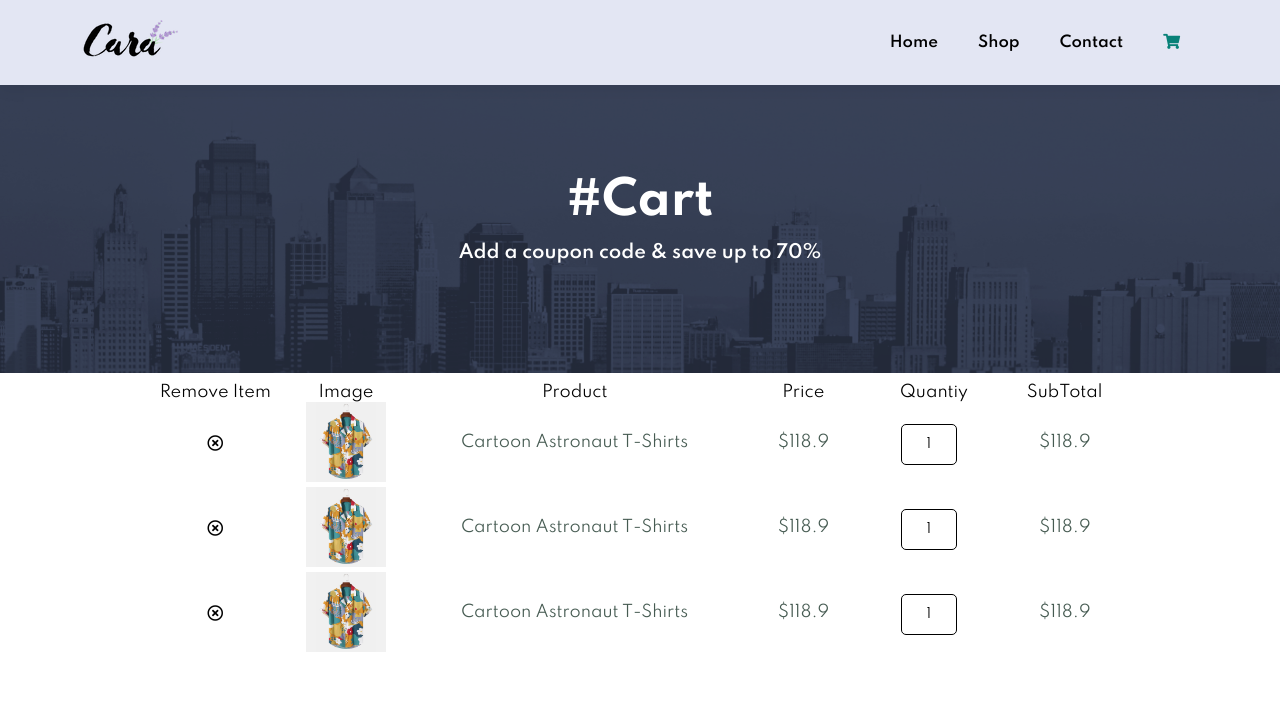
Repository: Daryllgio/E-Commerce-Website-UI
Page: cart.html
An editor plug-in stored every save of this project. The page is shown before and after the next save, followed by the edit.
The browser window is 1280 px wide. The pictures show the whole page.
Some web libraries are served in a nearby version.

Above is the page before, as saved 2025-01-02 02:34:52.

### cart.html
<!DOCTYPE html>
<html lang="en">

<head>
    <meta charset="UTF-8">
    <meta http-equiv="X-UA-Compatible" content="IE=edge">
    <meta name="viewport" content="width=device-width, initial-scale=1.0">
    <title>Document</title>

    <link rel="stylesheet" href="https://pro.fontawesome.com/releases/v5.10.0/css/all.css" />

    <link rel="stylesheet" href="style.css">
</head>

<body>
    <section id="header">
        <a href="#"><img src="img/logo.png" id="logo" class="logo" alt=""></a>

        <div>
            <ul id="navbar">
                <li>
                    <a href="index.html">Home</a>
                </li>
                <li>
                    <a href="shop.html">Shop</a>
                </li>
                <li>
                    <a href="contact.html">Contact</a>
                </li>
                <li>
                    <a class="active" href="cart.html"><i class="fa fa-shopping-cart" aria-hidden="true"></i></a>
                </li>

            </ul>
        </div>
    </section>

    <section id="CartPageheader" class="section-p1">
        <h2>#Cart</h2>
        <p>Add a coupon code & save up to 70%</p>
    </section>

    <section id="Cart-Summary-Container">
        <table width="100%">
            <thead>
                <tr>
                    <td>
                        Remove Item
                    </td>
                    <td>
                        Image
                    </td>
                    <td>
                        Product
                    </td>
                    <td>
                        Price
                    </td>
                    <td>
                        Quantiy
                    </td>
                    <td>
                        SubTotal
                    </td>
                </tr>
            </thead>
            <tbody>
                <tr>
                    <td>
                        <i class="far fa-times-circle"></i>
                    </td>
                    <td>
                        <img src="img/products/f1.jpg" class="option" alt="">
                    </td>
                    <td>
                        <p>
                            Cartoon Astronaut T-Shirts
                        </p>
                    </td>
                    <td>
                        <p>
                            $118.9
                        </p>
                    </td>
                    <td>
                        <div class="Product-Num-Container">
                            <div class="dropdown">
                                <button class="Size-btn" onclick="toggleDropdown('myDropdown2')">1</button>
                                <div class="dropdown-content" id="myDropdown2">
                                    <a href="#" onclick="updateButtonText('myDropdown2', this)">1</a>
                                    <a href="#" onclick="updateButtonText('myDropdown2', this)">2</a>
                                    <a href="#" onclick="updateButtonText('myDropdown2', this)">3</a>
                                    <a href="#" onclick="updateButtonText('myDropdown2', this)">4</a>
                                    <a href="#" onclick="updateButtonText('myDropdown2', this)">5</a>
                                    <a href="#" onclick="updateButtonText('myDropdown2', this)">6</a>
                                    <a href="#" onclick="updateButtonText('myDropdown2', this)">7</a>
                                    <a href="#" onclick="updateButtonText('myDropdown2', this)">8</a>
                                    <a href="#" onclick="updateButtonText('myDropdown2', this)">9</a>
                                    <a href="#" onclick="updateButtonText('myDropdown2', this)"></a>
                                </div>
                            </div>
                        </div>
                    </td>
                    <td>
                        <p>
                            $118.9
                        </p>
                    </td>
                </tr>
                <tr>
                    <td>
                        <i class="far fa-times-circle"></i>
                    </td>
                    <td>
                        <img src="img/products/f1.jpg" class="option" alt="">
                    </td>
                    <td>
                        <p>
                            Cartoon Astronaut T-Shirts
                        </p>
                    </td>
                    <td>
                        <p>
                            $118.9
                        </p>
                    </td>
                    <td>
                        <div class="Product-Num-Container">
                            <div class="dropdown">
                                <button class="Size-btn" onclick="toggleDropdown('myDropdown2')">1</button>
                                <div class="dropdown-content" id="myDropdown2">
                                    <a href="#" onclick="updateButtonText('myDropdown2', this)">1</a>
                                    <a href="#" onclick="updateButtonText('myDropdown2', this)">2</a>
                                    <a href="#" onclick="updateButtonText('myDropdown2', this)">3</a>
                                    <a href="#" onclick="updateButtonText('myDropdown2', this)">4</a>
                                    <a href="#" onclick="updateButtonText('myDropdown2', this)">5</a>
                                    <a href="#" onclick="updateButtonText('myDropdown2', this)">6</a>
                                    <a href="#" onclick="updateButtonText('myDropdown2', this)">7</a>
                                    <a href="#" onclick="updateButtonText('myDropdown2', this)">8</a>
                                    <a href="#" onclick="updateButtonText('myDropdown2', this)">9</a>
                                    <a href="#" onclick="updateButtonText('myDropdown2', this)"></a>
                                </div>
                            </div>
                        </div>
                    </td>
                    <td>
                        <p>
                            $118.9
                        </p>
                    </td>
                </tr>
                <tr>
                    <td>
                        <i class="far fa-times-circle"></i>
                    </td>
                    <td>
                        <img src="img/products/f1.jpg" class="option" alt="">
                    </td>
                    <td>
                        <p>
                            Cartoon Astronaut T-Shirts
                        </p>
                    </td>
                    <td>
                        <p>
                            $118.9
                        </p>
                    </td>
                    <td>
                        <div class="Product-Num-Container">
                            <div class="dropdown">
                                <button class="Size-btn" onclick="toggleDropdown('myDropdown2')">1</button>
                                <div class="dropdown-content" id="myDropdown2">
                                    <a href="#" onclick="updateButtonText('myDropdown2', this)">1</a>
                                    <a href="#" onclick="updateButtonText('myDropdown2', this)">2</a>
                                    <a href="#" onclick="updateButtonText('myDropdown2', this)">3</a>
                                    <a href="#" onclick="updateButtonText('myDropdown2', this)">4</a>
                                    <a href="#" onclick="updateButtonText('myDropdown2', this)">5</a>
                                    <a href="#" onclick="updateButtonText('myDropdown2', this)">6</a>
                                    <a href="#" onclick="updateButtonText('myDropdown2', this)">7</a>
                                    <a href="#" onclick="updateButtonText('myDropdown2', this)">8</a>
                                    <a href="#" onclick="updateButtonText('myDropdown2', this)">9</a>
                                    <a href="#" onclick="updateButtonText('myDropdown2', this)"></a>
                                </div>
                            </div>
                        </div>
                    </td>
                    <td>
                        <p>
                            $118.9
                        </p>
                    </td>
                </tr>
            </tbody>

        </table>
    </section>


    <script src="script.js"></script>

</body>

</html>

### style.css
@import url("https://fonts.googleapis.com/css2?family=Spartan:wght@100;200;300;400;500;600;700;800;900&display=swap");

* {
  margin: 0;
  padding: 0;
  box-sizing: border-box;
  font-family: "Spartan", sans-serif;
}

html {
  scroll-behavior: smooth;
}

/* Global Styles */

h1 {
  font-size: 50px;
  line-height: 64px;
  color: #222;
}

h2 {
  font-size: 46px;
  line-height: 54px;
  color: #222;
}

h4 {
  font-size: 20px;
  color: #222;
}

h6 {
  font-weight: 700;
  font-size: 12px;
}

p {
  font-size: 16px;
  color: #465b52;
  margin: 15px 0 20px 0;
}

.section-p1 {
  padding: 40px 80px;
}

.section-m1 {
  margin: 40px 0;
}

button.normal {
  font-size: 14px;
  font-weight: 400;
  padding: 15px 20px;
  border-radius: 5px;
  cursor: pointer;
  border: none;
  outline: none;
  transition: 0.3s;
}

body {
  width: 100%;
}

#header {
  display: flex;
  align-items: center;
  justify-content: space-between;
  padding: 20px 80px;
  background: #E3E6F3;
  box-shadow: 0 5px 15px rgba(0, 0, 0, 0.06);
  position: sticky;
  top: 0;
  left: 0;

}



#navbar {
  display: flex;
  align-items: center;
  justify-content: center;
}

#navbar li {
  list-style: none;
  padding: 0px 20px;
}

#navbar li a {
  text-decoration: none;
  font-size: 15px;
  font-weight: 600;
  color: #000;
  transition: 0.3s ease;
}

#navbar li a:hover,
#navbar li a.active {
  color: #088178;
}

#HomeHeaderContent {
  background-image: url("img/hero4.png");
  height: 90vh;
  width: 100%;
  background-size: cover;
  background-position: top 25% right 0;
  padding: 0 80px;
  align-items: flex-start;
  display: flex;
  flex-direction: column;
  justify-content: center;
}

#HomeHeaderContent h4 {
  margin-bottom: 10px;
}

#HomeHeaderContent h1 {
  color: #088178;
}

#HomeHeaderContent button {
  color: #088178;
  background-image: url("img/button.png");
  font-size: 15px;
  font-weight: 600;
  background-color: transparent;
  border: 0;
  padding: 14px 80px 14px 65px;
  background-repeat: no-repeat;
  cursor: pointer;
}

#Features {
  display: flex;
  justify-content: space-between;
}

#Features .fe-box {
  width: 200px;
  text-align: center;
  padding: 35px 25px;
  border: 1px solid #cce7d0;
  box-shadow: 20px 20px 34px rgba(0, 0, 0, 0.03);
  border-radius: 10px;
}

#Features .fe-box:hover {
  box-shadow: 10px 10px 54px rgba(0, 0, 0, 0.1);
}

#Features .fe-box img {
  margin-bottom: 10px;
}

#Features .fe-box h6 {
  font-size: 13px;
  display: inline-block;
  line-height: 1;
  border-radius: 4px;
  color: #088178;
  background-color: #fddde4;
  padding: 9px 8px 6px 8px;
}

#Features .fe-box:nth-child(2) h6 {
  background-color: #cdebbc;
}

#Features .fe-box:nth-child(3) h6 {
  background-color: #d1e8f2;
}

#Features .fe-box:nth-child(4) h6 {
  background-color: #cdd4f8;
}

#Features .fe-box:nth-child(5) h6 {
  background-color: #f6dbf6;
}

#Features .fe-box:nth-child(6) h6 {
  background-color: #fff2e5;
}

#product1 {
  text-align: center;
}

#product1 .pro {
  width: 23%;
  min-width: 250px;
  padding: 10px 25px;
  border: 1px solid #f0f0f0;
  border-radius: 20px;
  cursor: pointer;
  box-shadow: 20px 20px 30px rgba(0, 0, 0, 0.02);
  transition: 0.3s ease;
}

#product1 .pro:hover {
  box-shadow: 20px 20px 30px rgba(0, 0, 0, 0.06);

}

#product1 .pro img {
  width: 100%;
  border-radius: 20px;
}

#product1 .pro .des {
  text-align: start;
  padding: 10px 0;
}

#product1 .pro .des span {
  color: #606063;
  font-size: 12px;
}

#product1 .pro .des h5 {
  color: #1a1a1a;
  font-size: 14px;
  padding-top: 7px;
}

#product1 .pro .des .fa-star {
  color: rgb(243, 181, 25);
  font-size: 12px;
}

#product1 .pro .des h4 {
  font-size: 16px;
  padding-top: 7px;
  font-weight: 700;
  color: #088178;

}

#product1 .pro .Shop {
  display: flex;
  justify-content: space-between;
}

#product1 .pro .des .fa-shopping-cart {
  width: 40px;
  height: 40px;
  line-height: 40px;
  border-radius: 50px;
  font-size: 17px;
  background-color: #e8f6ea;
  font-weight: 500;
  color: #088178;
  border: 1px solid #cce7d0;
  text-align: center;
}

#product1 .pro-container {
  display: flex;
  justify-content: space-between;
  padding: 20px;
  flex-wrap: wrap;
}


#banner {
  background-image: url("img/banner/b2.jpg");
  height: 40vh;
  width: 100%;
  background-size: cover;
  background-position: top 25% right 0;
  padding: 0 80px;
  text-align: center;
  display: flex;
  flex-direction: column;
  align-items: center;
  justify-content: center;
}

#banner p {
  font-size: 15px;
  margin-bottom: 15px;
  font-weight: 400;
  color: #ffffff;
}

#banner h2 {
  color: #fff;
  margin-bottom: 15px;
}

#banner span {
  color: red;
}

#banner button:hover {
  color: #fff;
  background-color: #088178;
}



#sm-banner {
  display: flex;
  justify-content: space-between;
  flex-wrap: wrap;
  margin-bottom: 10px;
}

#sm-banner .banner-box {
  background-image: url("img/banner/b17.jpg");
  height: 50vh;
  min-width: 620px;
  background-size: cover;
  padding: 0 20px;
  display: flex;
  flex-direction: column;
  align-items: flex-start;
  justify-content: center;

}

#sm-banner .banner-box:nth-child(2) {
  background-image: url("img/banner/b10.jpg");
}

#sm-banner p {
  font-size: 20px;
  color: #fff;
}

#sm-banner h2 {
  color: #fff;
}

#sm-banner span {
  font-size: 17px;
  color: #fff;
  margin-top: 15px;
}

#sm-banner button {
  margin-top: 25px;
  background-color: transparent;
  color: #fff;
  border: 1px solid #fff;
  transition: 0.3s ease;

}

#sm-banner button:hover {
  border: 0;
  background-color: #088178;
}




#sm-banner2 {
  display: flex;
  justify-content: space-between;
}

#sm-banner2 .banner-box {
  background-image: url("img/banner/b7.jpg");
  height: 30vh;
  width: 420px;
  background-size: cover;
  padding: 0 20px;
  display: flex;
  flex-direction: column;
  align-items: flex-start;
  justify-content: center;
  overflow: hidden;

}

#sm-banner2 .banner-box:nth-child(2) {
  background-image: url("img/banner/b4.jpg");
}

#sm-banner2 .banner-box:nth-child(3) {
  background-image: url("img/banner/b18.jpg");
}

#sm-banner2 h3 {
  font-size: 28px;
  color: #fff;
}

#sm-banner2 span {
  font-size: 17px;
  color: #fff;
  font-weight: 600;
  margin-top: 15px;
}

#sm-NewsLetter {
  background-image: url("img/banner/b14.png");
  background-repeat: no-repeat;
  height: 20vh;
  width: 100%;
  background-size: cover;
  background-position: top 25% right 30%;
  background-color: #041e42;
}

#sm-NewsLetter .Newsletters-Container {
  justify-content: space-between;
  padding: 0 10px;
  display: flex;
  flex-direction: row;
  align-items: center;
}

#sm-NewsLetter .Newsletters-Container h3 {
  color: #fff;
  font-size: 24px;
}

#sm-NewsLetter .Newsletters-Container p {
  color: #fff;
}

#sm-NewsLetter .Newsletters-Container span {
  color: rgb(243, 181, 25);
}

#sm-NewsLetter .Newsletters-Input {
  display: flex;
}

#sm-NewsLetter input {
  width: 400px;
  border: 0;
  border-radius: 5px;
  border-top-right-radius: 0;
  border-bottom-right-radius: 0;
  height: 55px;
  padding-left: 30px;
  font-size: 16px;
}

#sm-NewsLetter button {
  width: 150px;
  height: 55px;
  font-size: 16px;
  color: #fff;
  background-color: #088178;
  border: 0;
  border-radius: 5px;
  border-top-left-radius: 0;
  border-bottom-left-radius: 0;
}

#Footer {
  display: flex;
  flex-direction: row;
  justify-content: space-between;
}

#Footer .Footer-box {
  display: flex;
  flex-direction: column;
}

#Footer a {
  margin-bottom: 10px;
  text-decoration: none;
  color: #000;
}



#Footer h3 {
  margin-bottom: 10px;
}

#Footer .Social-Icons {
  display: flex;
  flex-direction: row;
  align-items: center;
}

#Footer i {
  margin-right: 10px;
}

#Footer span {
  font-weight: 600;
}

#Footer p {
  margin-bottom: 10px;
}

#Footer .pay {
  border: 1px solid #088178;
  border-radius: 10px;
}

#copyright p {
  text-align: center;
  font-size: 17px;
  font-weight: 400;
}

#ShopPageheader {
  background-image: url("img/banner/b1.jpg");
  height: 40vh;
  width: 100%;
  background-size: cover;
  background-position: top 25% right 0;
  padding: 0 80px;
  text-align: center;
  display: flex;
  flex-direction: column;
  align-items: center;
  justify-content: center;
}

#ShopPageheader h2 {
  color: #fff;
}

#ShopPageheader p {
  color: #fff;
  font-size: 18px;
  font-weight: 600;
}

#ShopPagePagination {
  display: flex;
  align-items: center;
  justify-content: center;
  margin-bottom: 20px;
}

#ShopPagePagination a {
  padding: 20px 25px;
  align-items: center;
  text-align: center;
  background-color: #088178;
  font-size: 15px;
  font-weight: 600;
  border: 0;
  text-decoration: none;
  border-radius: 10px;
  margin-right: 10px;
  color: #fff;
}

#ShopPagePagination a i {
  font-size: 18px;
}

.dropdown-content {
  display: none;
  position: absolute;
  background-color: #f9f9f9;
  min-width: 160px;
  box-shadow: 0px 8px 16px rgba(0, 0, 0, 0.2);
  z-index: 1;
}

.dropdown-content a {
  color: black;
  padding: 12px 16px;
  text-decoration: none;
  display: block;
}

.dropdown-content a:hover {
  background-color: #f1f1f1;
}

#Product-Detail-Container {
  display: flex;
  padding: 0 80px;
  margin-top: 30px;
}

#Product-Detail-Container .OptionContainer {
  display: flex;
  align-items: center;
  flex-direction: column;
  margin-right: 30px;
}

#Product-Detail-Container .OptionSubContainer {
  display: flex;
  justify-content: flex-start;
}



#MainImg {
  width: 590px;
  height: 60vh;
  margin-bottom: 10px;
}

#Product-Detail-Container .option {
  width: 140px;
  height: 20vh;
  margin-right: 10px;
  cursor: pointer;
}

#Product-Detail-Container .Product-Category {
  margin-bottom: 20px;
}

#Product-Detail-Container .Product-Price {
  margin-bottom: 20px;
}

#Product-Detail-Container .dropdown-btn {
  padding: 12px 25px;
  border: 1px solid;
  border-radius: 5px;
  background-color: transparent;
}

#Product-Detail-Container .Product-Num-Container {
  display: flex;
  align-items: center;
  margin-top: 10px;
  margin-bottom: 50px;
}

#Product-Detail-Container .Size-btn {
  padding: 12px 25px;
  border: 1px solid;
  border-radius: 5px;
  text-align: center;
  margin-right: 10px;
  background-color: #fff;
}

#Product-Detail-Container .AddToCart-btn {
  padding: 16px 25px;
  border: 0;
  border-radius: 7px;
  text-align: center;
  background-color: #088178;
  color: #fff;
  font-size: 15px;
  font-weight: 600;
}


#Product-Detail-Container .Product-Detail-Header {
  color: #000;
  font-size: 22px;
  font-weight: 600;
}

#Product-Detail-Container .Product-Details {
  color: #000;
  line-height: 25px;
}

#ContactPageheader {
  background-image: url("img/about/banner.png");
  height: 40vh;
  width: 100%;
  background-size: cover;
  background-position: top 25% right 0;
  padding: 0 80px;
  text-align: center;
  display: flex;
  flex-direction: column;
  align-items: center;
  justify-content: center;
}

#ContactPageheader h2 {
  color: #fff;
}

#ContactPageheader p {
  color: #fff;
  font-size: 18px;
  font-weight: 600;
}

#ContactDetailContainer {
  display: flex;
  align-items: center;
  gap: 20px;
  padding: 30px 50px;
}

#ContactDetailContainer .ContactDetail {
  display: flex;
  align-items: center;
  gap: 10px;
}

#ContactDetailContainer h2 {
  margin-bottom: 20px;
}

#ContactDetailContainer p {
  color: #000;
  font-size: 17px;
}

#Contact-Input {
  display: flex;
  flex-direction: column;
  gap: 10px;
  padding: 20px 100px;
  align-items: center;
}

#Contact-Input h2 {
  text-align: center;
}

#Contact-Input .Input-Box {
  width: 600px;
  height: 40px;
  padding: 0 20px;
  border-radius: 5px;
  border: 1px solid #e1e1e1;
}

#Contact-Input .Input-Message-Box {
  width: 600px;
  height: 200px;
  border: 1px solid #e1e1e1;
  border-radius: 5px;
  padding-left: 15px;
  padding-top: 15px;
}

#Contact-Input button {
  padding: 16px 25px;
  border: 0;
  border-radius: 7px;
  text-align: center;
  background-color: #088178;
  color: #fff;
  font-size: 15px;
  font-weight: 600;
}

#CartPageheader {
  background-image: url("img/about/banner.png");
  height: 40vh;
  width: 100%;
  background-size: cover;
  background-position: top 25% right 0;
  padding: 0 80px;
  text-align: center;
  display: flex;
  flex-direction: column;
  align-items: center;
  justify-content: center;
}

#CartPageheader h2 {
  color: #fff;
}

#CartPageheader p {
  color: #fff;
  font-size: 18px;
  font-weight: 600;
}

#Cart-Summary-Container {
  display: flex;
  padding: 10px 150px;
}

#Cart-Summary-Container table {
  width: 100%;
  border-collapse: collapse;
  table-layout: fixed;
  white-space: nowrap;
}

#Cart-Summary-Container table td:nth-child(1) {
  width: 100px;
  text-align: center;
}

#Cart-Summary-Container table td:nth-child(2) {
  width: 100px;
  text-align: center;
}

#Cart-Summary-Container table td:nth-child(3) {
  width: 250px;
  text-align: center;
}

#Cart-Summary-Container table td:nth-child(4) {
  width: 100px;
  text-align: center;
}

#Cart-Summary-Container table td:nth-child(5) {
  width: 100px;
  text-align: center;
}

#Cart-Summary-Container table td:nth-child(6) {
  width: 100px;
  text-align: center;
}

#Cart-Summary-Container .Cart-Content-Header {
  display: flex;
  flex-direction: row;
  justify-content: space-between;
}

#Cart-Summary-Container .option {
  width: 80px;
  height: 80px;
}

#Cart-Summary-Container .Cart-Content {
  display: flex;
  flex-direction: column;
  justify-content: space-between;
}

#Cart-Summary-Container .Card-Content-Container {
  display: flex;
  flex-direction: row;
  justify-content: space-between;
}

#Cart-Summary-Container .dropdown-content {
  display: none;
  position: absolute;
  background-color: #f9f9f9;
  min-width: 160px;
  box-shadow: 0px 8px 16px rgba(0, 0, 0, 0.2);
  z-index: 1;
}

#Cart-Summary-Container .dropdown-content a {
  color: black;
  padding: 12px 16px;
  text-decoration: none;
  display: block;
}

#Cart-Summary-Container .dropdown-content a:hover {
  background-color: #f1f1f1;
}

#Cart-Summary-Container .Size-btn {
  padding: 12px 25px;
  border: 1px solid;
  border-radius: 5px;
  text-align: center;
  margin-right: 10px;
  background-color: #fff;
}

### script.js
// Script for navigation bar
function toggleDropdown(dropdownId) {
    const dropdown = document.getElementById(dropdownId);
    const isOpen = dropdown.style.display === "block";
    closeAllDropdowns(); // Close any other open dropdowns
    dropdown.style.display = isOpen ? "none" : "block";
}

function closeAllDropdowns() {
    const dropdowns = document.querySelectorAll(".dropdown-content");
    dropdowns.forEach(dropdown => {
        dropdown.style.display = "none";
    });
}

function updateButtonText(dropdownId, selectedItem) {
    const dropdown = document.getElementById(dropdownId);
    const button = dropdown.previousElementSibling; // Select the button associated with the dropdown
    button.textContent = selectedItem.textContent; // Update button text with the selected item's text
    dropdown.style.display = "none"; // Close the dropdown after selection
}

// Close dropdowns when clicking outside
document.addEventListener("click", function (event) {
    if (!event.target.matches(".dropdown-btn") && !event.target.matches(".Size-btn")) {
        closeAllDropdowns();
    }
});

After the next save:
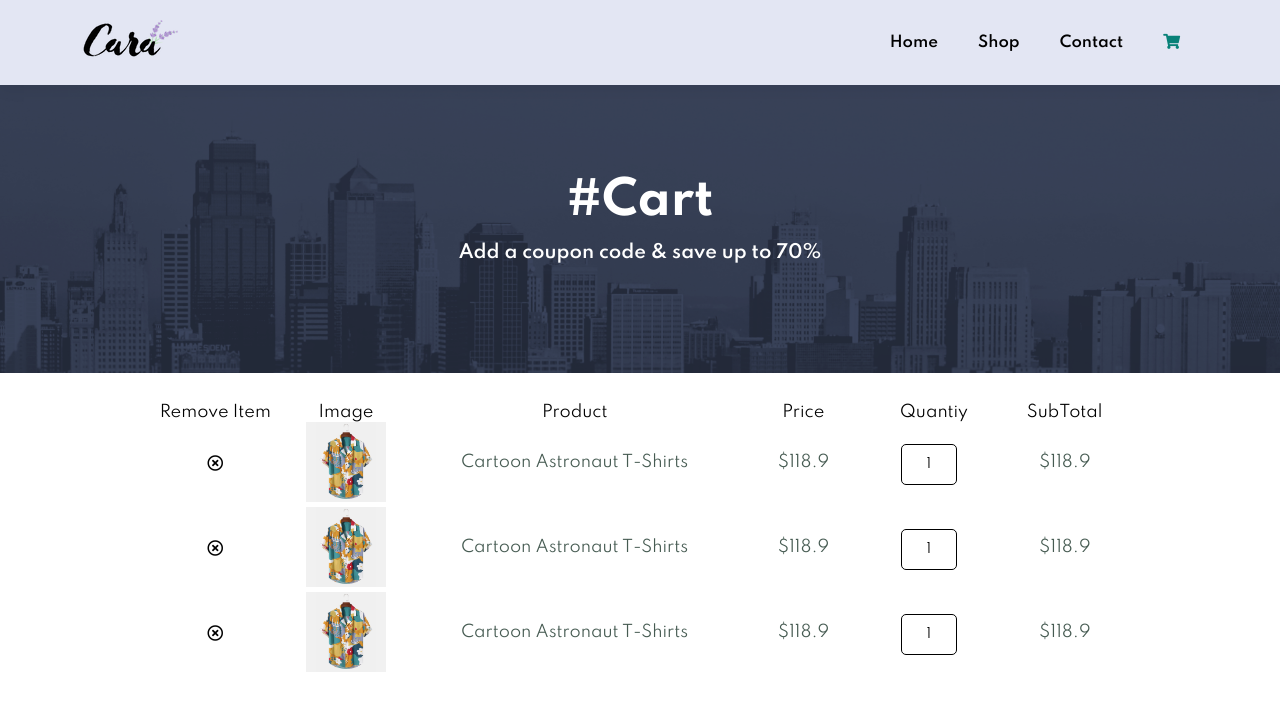
Saved 89 s later.
--- a/style.css
+++ b/style.css
@@ -777,8 +777,7 @@ body {
 }
 
 #Cart-Summary-Container {
-  display: flex;
-  padding: 10px 150px;
+  padding: 30px 150px;
 }
 
 #Cart-Summary-Container table {
